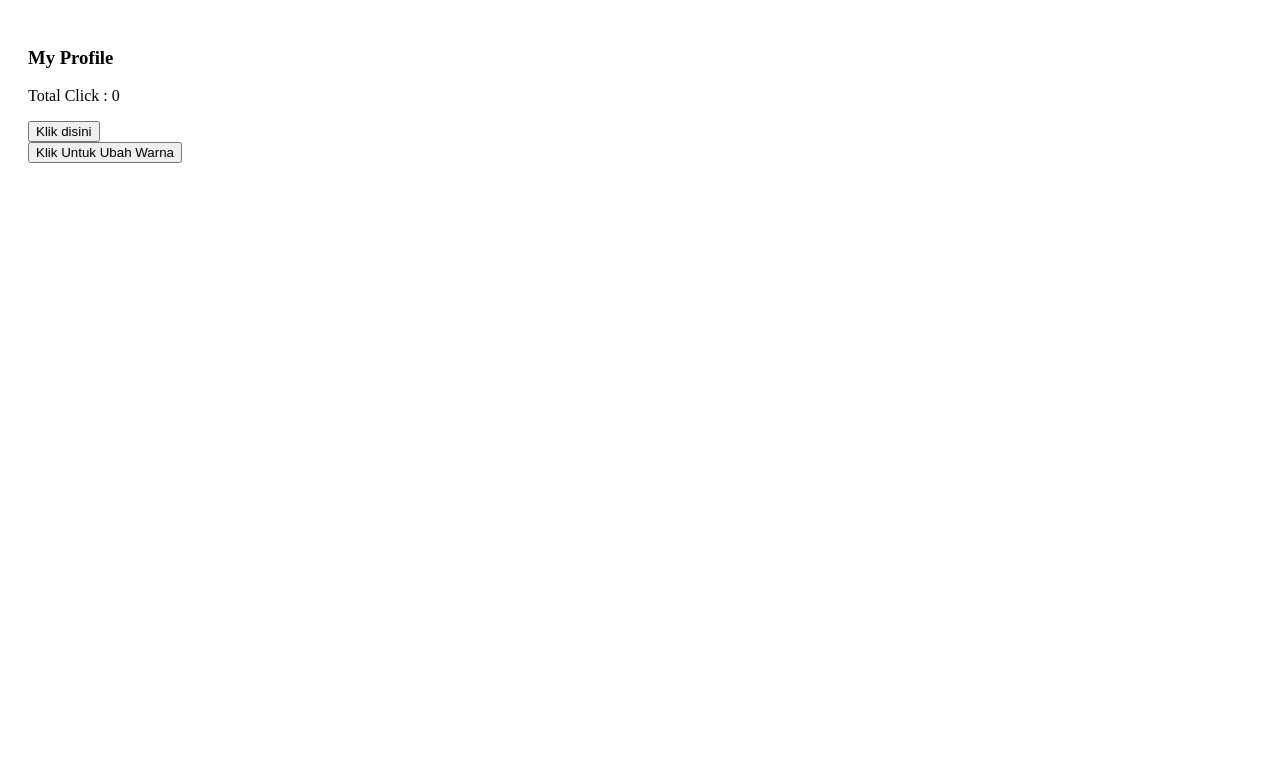
Repository: sellayspy/tugasCoachingProcom
Page: /
An editor plug-in stored every save of this project. The page is shown before and after the next save, followed by the edit.
The browser window is 1280 px wide. The pictures show the whole page.
The project was rebuilt for these pictures with package versions that can differ from the ones it lists, and the page was loaded fresh each time. Also part of the build but not shown: vite.config.js, src/index.css, src/App.css.

Above is the page before, as saved 2024-11-23 15:34:29.

### src/App.jsx
import { useState } from "react";
import "./App.css";
import Counter from "./components/Counter";
import Header from "./components/Header";

function App() {
  const [color, setColor] = useState("#ffffff");
  const randomBackground = () => {
    const randomColor = `#${Math.floor(Math.random() * 16777215).toString(16)}`;
    setColor(randomColor);
  };
  return (
    <>
      <div
        style={{
          backgroundColor: color,
          minHeight: "100vh",
          padding: "20px",
        }}
      >
        <Header title="My Profile" />
        <Counter />

        <button onClick={randomBackground}>Klik Untuk Ubah Warna</button>
      </div>
    </>
  );
}

export default App;

### src/components/Counter.jsx
import { useEffect, useState } from "react";

const Counter = () => {
  const [count, setCount] = useState(0);

  useEffect(() => {
    document.title = `Total Click (${count})`;
  }, [count]);

  const acrementCount = () => {
    setCount(count + 1);
  };
  return (
    <div>
      <p>Total Click : {count}</p>
      <button onClick={acrementCount}>Klik disini</button>
    </div>
  );
};

export default Counter;

### src/components/Header.jsx
const Header = ({ title }) => {
  return (
    <div>
      <h3>{title}</h3>
    </div>
  );
};

export default Header;

Loaded but not shown: index.html (common file); src/main.jsx (common file)

After the next save:
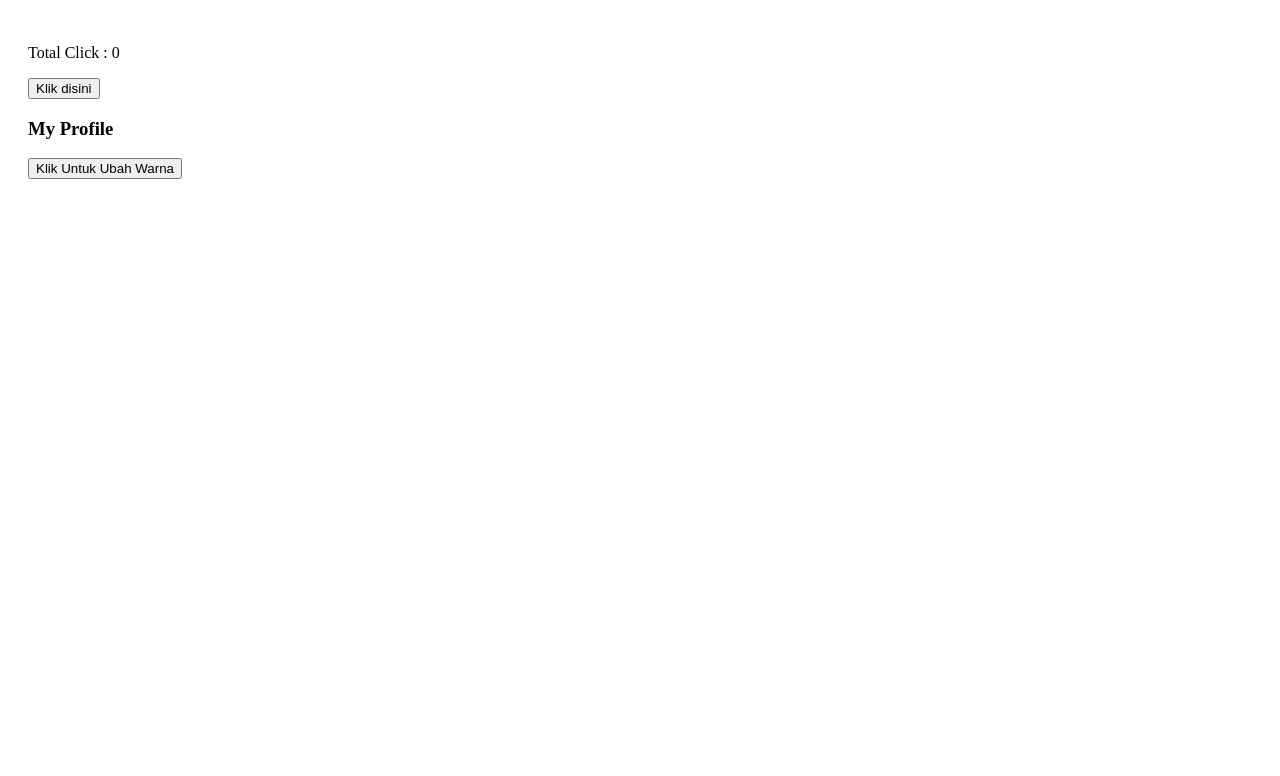
Saved 12 s later.
--- a/src/App.jsx
+++ b/src/App.jsx
@@ -18,8 +18,8 @@ function App() {
           padding: "20px",
         }}
       >
+        <Counter />
         <Header title="My Profile" />
-        <Counter />
 
         <button onClick={randomBackground}>Klik Untuk Ubah Warna</button>
       </div>
